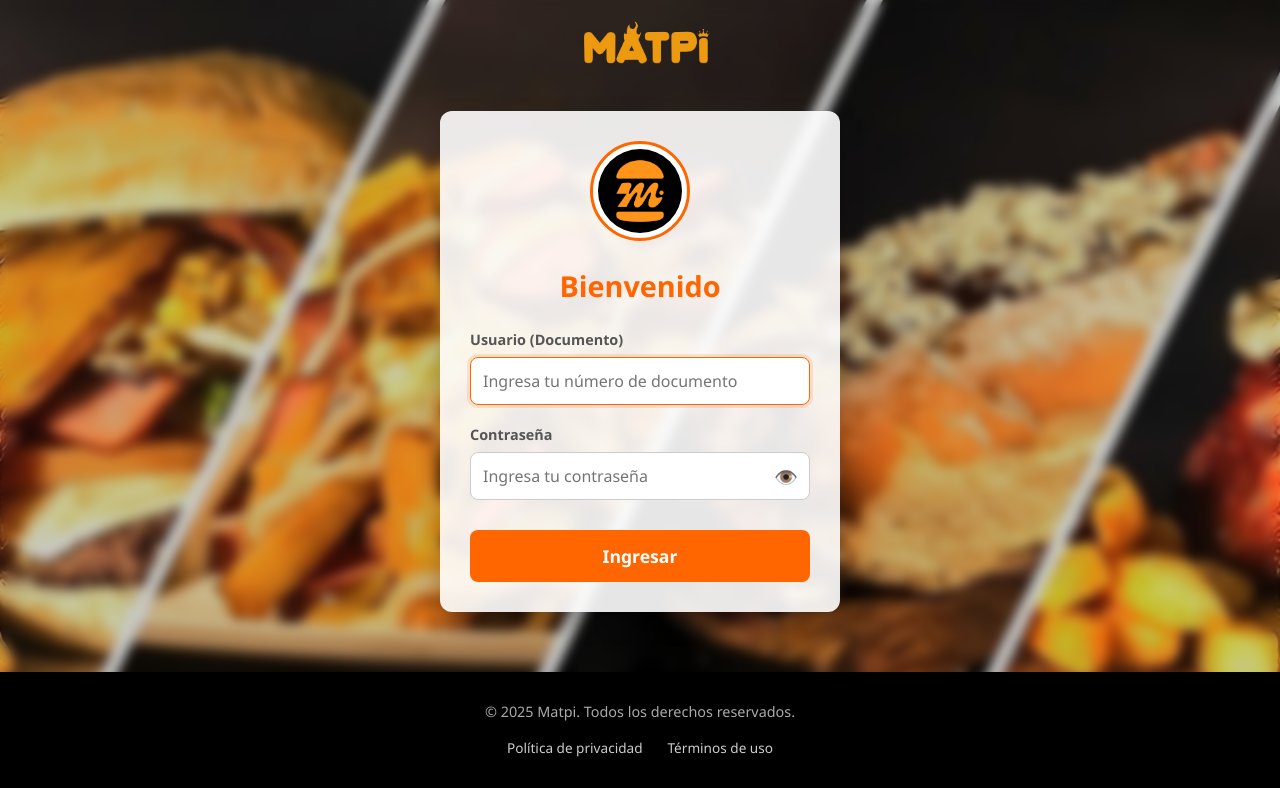
Repository: JuanFelipeNieto/MATPI-Python
Page: MATPI/Usuarios/templates/usuarios/login.html
These files come from the project's save history. The page is drawn as it stood at one moment and after the next save; the edit follows.
The browser window is 1280 px wide. The pictures show the whole page.
Backgrounds fixed to the window are drawn as part of the page. The template is drawn by Django 5.2. The application's start-up code is not run. The template is opened directly, without the code that normally fills it, so the values that code supplies are empty.

Above is the page before, as saved 2026-03-14 17:22:53.

After the next save:
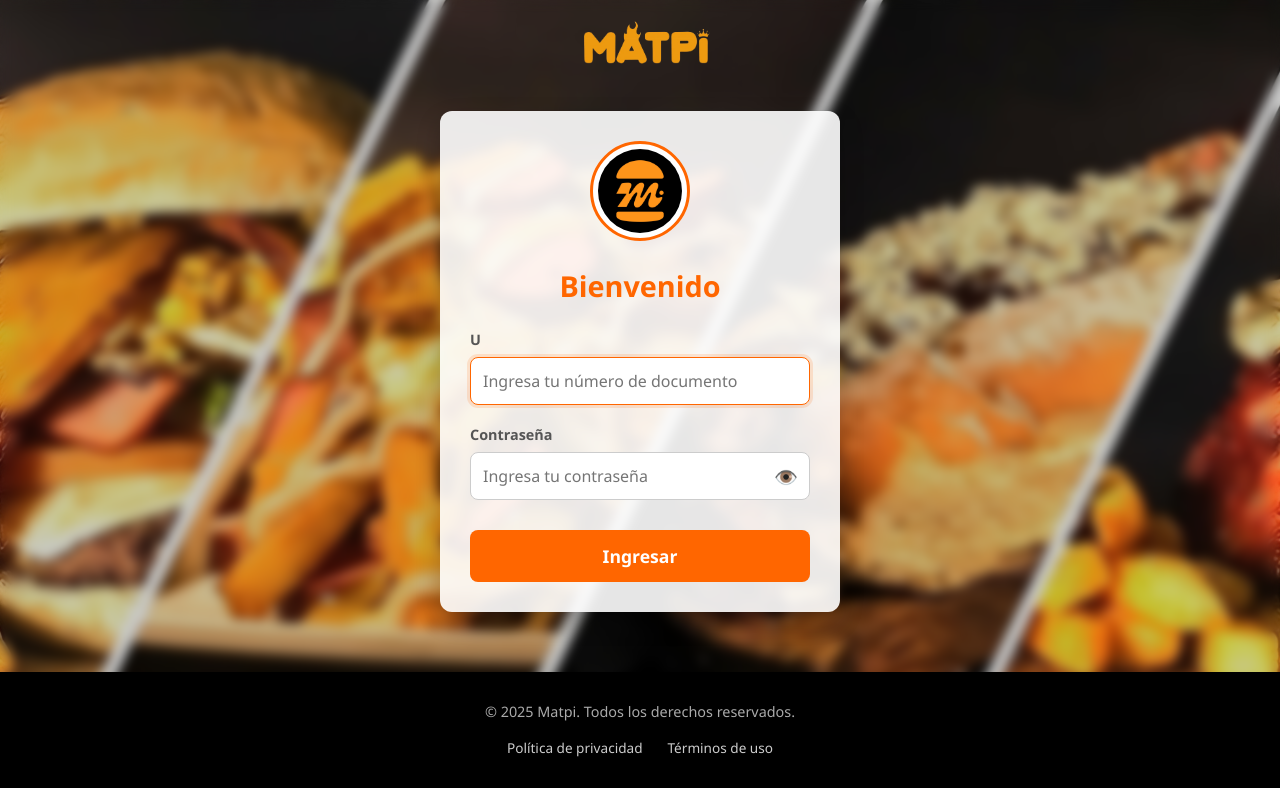
Saved 2 min 5 s later.
--- a/MATPI/Usuarios/templates/usuarios/login.html
+++ b/MATPI/Usuarios/templates/usuarios/login.html
@@ -220,7 +220,7 @@
                 {% csrf_token %}
 
                 <div class="campo">
-                    <label for="txt_id">Usuario (Documento)</label>
+                    <label for="txt_id">U</label>
                     <input type="text" id="txt_id" name="txt_id" placeholder="Ingresa tu número de documento" required autofocus>
                 </div>
 
